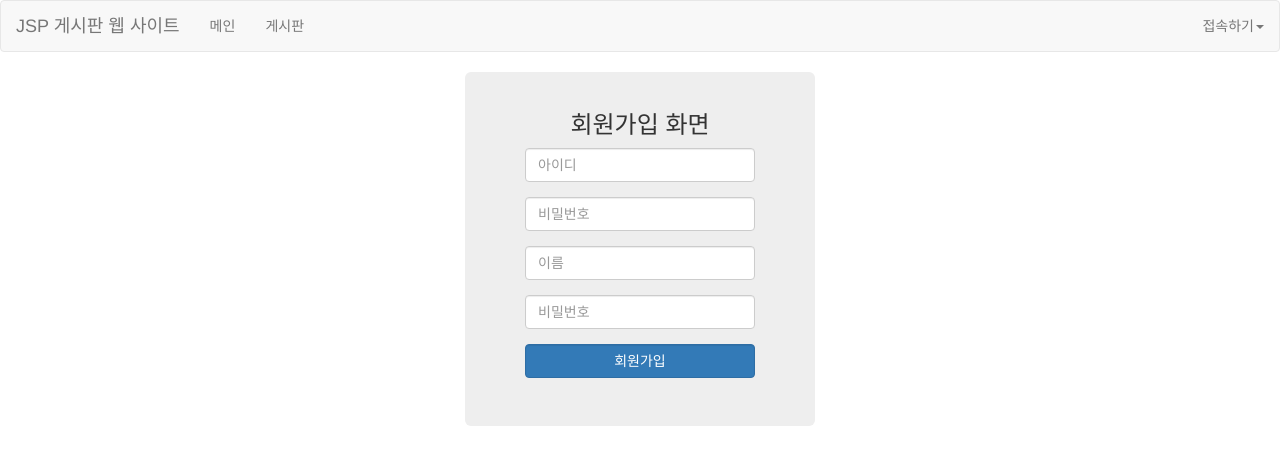
Repository: hseob04/jsp_bbs
Page: http://localhost/BBS/join.jsp
The author's editor kept a copy of each file at every save. The page is drawn from the files as they stood at one save, then again after the next save.
The browser window is 1280 px wide. The pictures show the whole page.
Some web libraries are served in a nearby version. The page is served by Tomcat 9.

Above is the page before, as saved 2021-03-22 13:00:36.

After the next save:
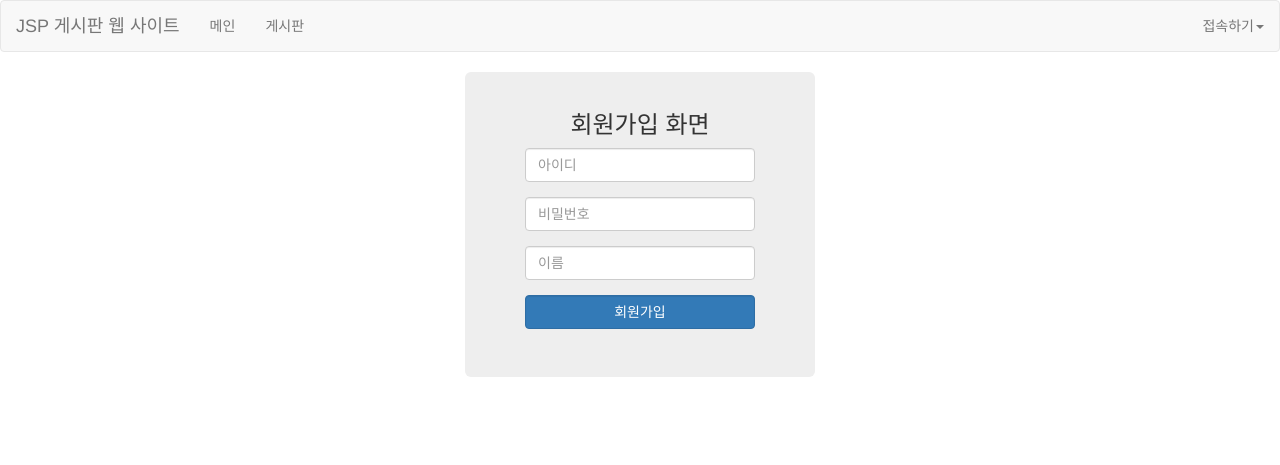
Saved 49 s later.
--- a/JSP/projects/BBS/src/main/webapp/join.jsp
+++ b/JSP/projects/BBS/src/main/webapp/join.jsp
@@ -53,8 +53,8 @@
 					<div class="form-group">
 						<input type="text" class="form-control" placeholder="이름" name="userPassword" maxlength="20">
 					</div>
-					<div class="form-group">
-						<input type="password" class="form-control" placeholder="비밀번호" name="userPassword" maxlength="20">
+					<div class="form-group" style="text-align: center;">
+
 					</div>
 					<input type="submit" class="btn btn-primary form-control" value="회원가입">
 				</form>
